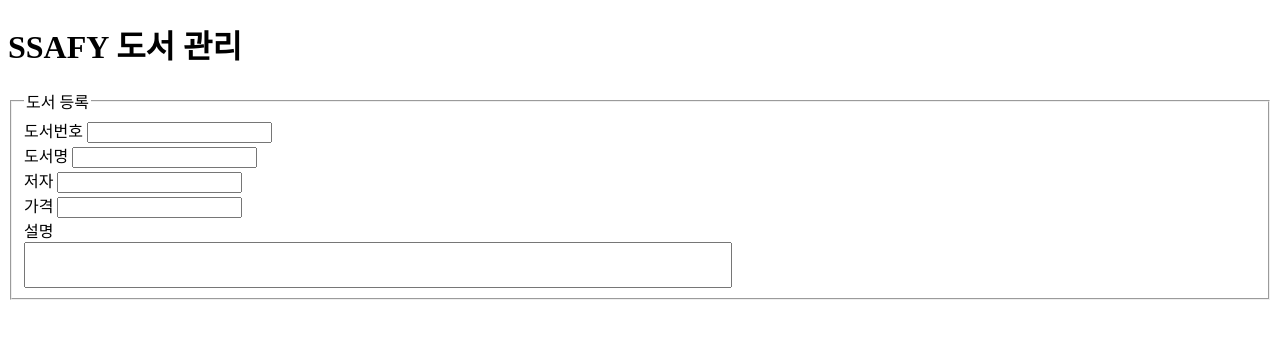
Repository: nkj0901/Personal-Repository
Page: SSAFY/서블릿/back_db_ws_01_3/WebContent/regist.html
An editor plug-in stored every save of this project. The page is shown before and after the next save, followed by the edit.
The browser window is 1280 px wide. The pictures show the whole page.

Above is the page before, as saved 2022-09-01 07:32:34.

After the next save:
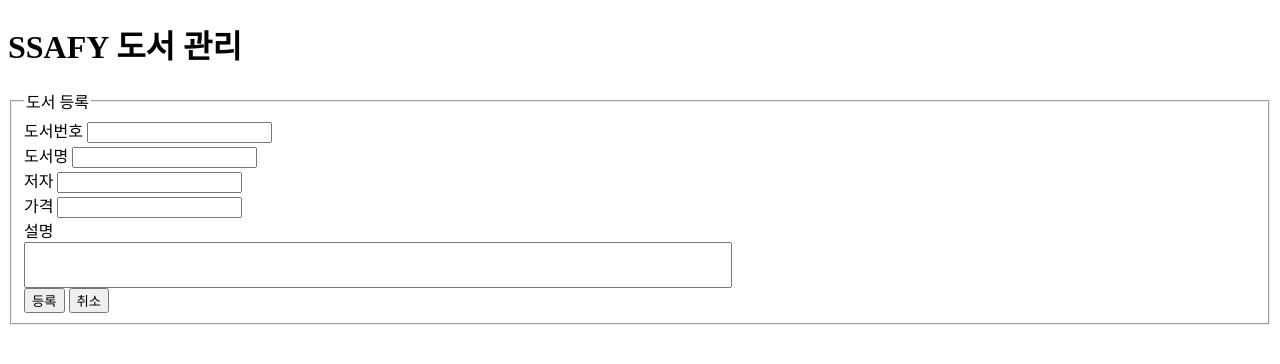
Saved 74 s later.
--- a/SSAFY/서블릿/back_db_ws_01_3/WebContent/regist.html
+++ b/SSAFY/서블릿/back_db_ws_01_3/WebContent/regist.html
@@ -5,6 +5,7 @@
 <title>SSAFY 도서 관리</title>
 </head>
 <body>
+<form action="action" value= "regist">
 	<h1>SSAFY 도서 관리</h1>
 
 	<fieldset>
@@ -19,7 +20,11 @@
 	<input type = "text" name = "price"> <br>
 	<label>설명</label> <br>
 	<input style="width:700px; height:40px" type = "text" name = "desc" > <br>
+	<button>등록</button>
+	<button>취소</button>
 	</fieldset>
+
+	</form>
 
 
 </body>
